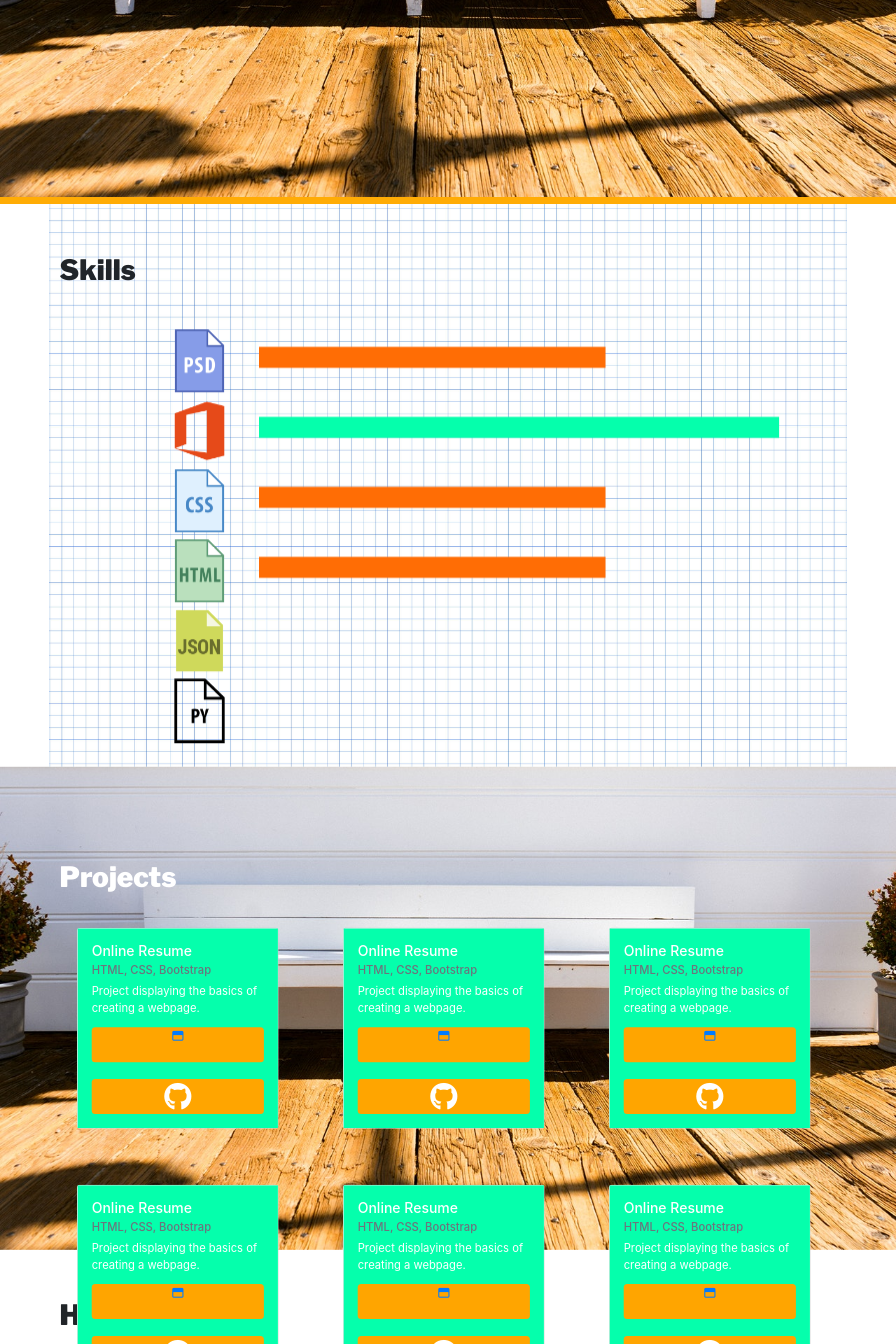
Repository: muhdarifrawi/resume-project
Page: index.html
The author's editor kept a record of every edit. The page is drawn from the files as they stood at one moment, then again after the next edit.
The browser window is 1280 px wide. The pictures show the part of the page from y = 438 to 2358 px (the page is 3769 px tall), at 70% of full size.
Some web libraries are served in a nearby version.

Above is the page before.

After the next edit:
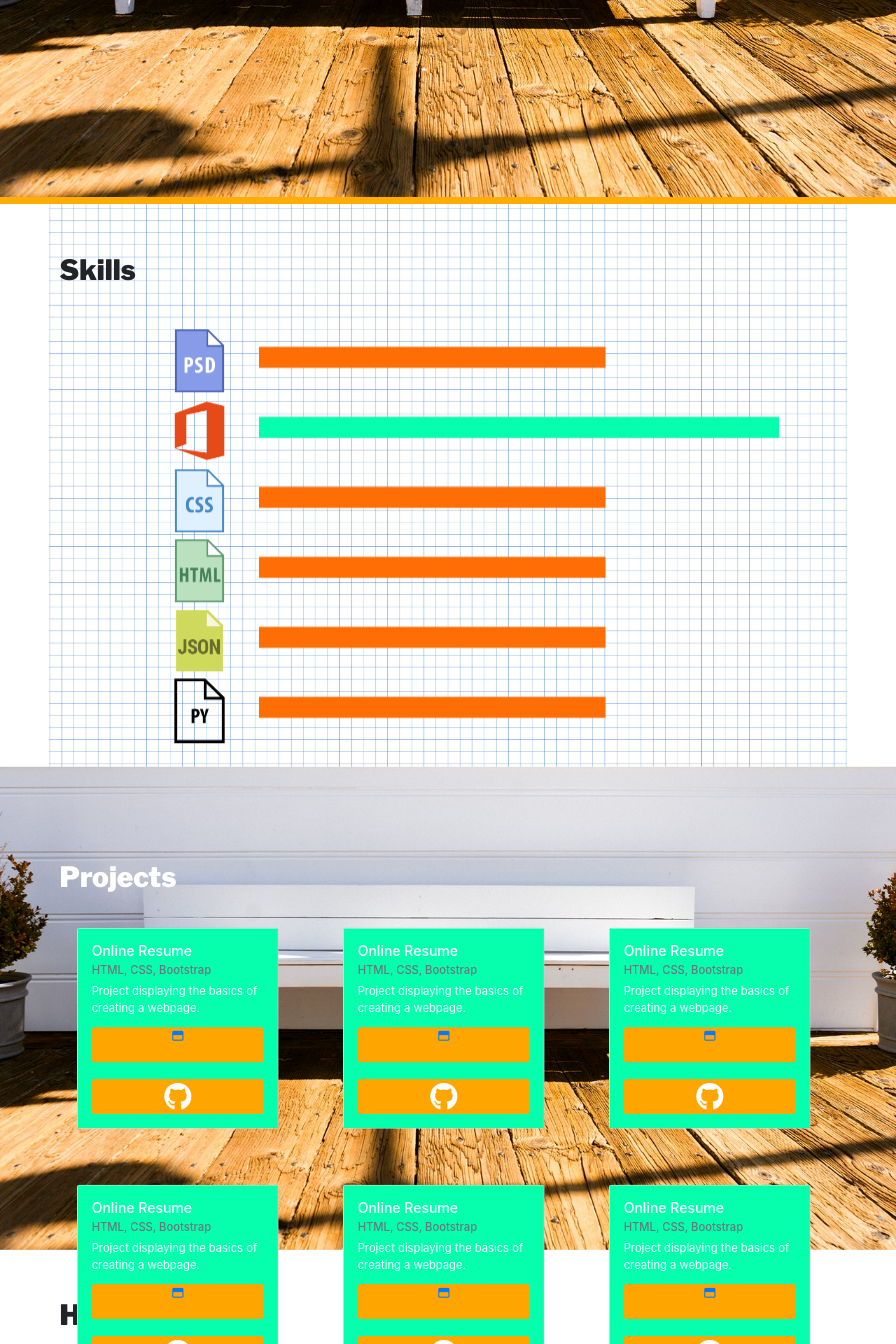
The edit:
--- a/style.css
+++ b/style.css
@@ -205,6 +205,31 @@
 
 }
 
+.bar-min {
+    width:0%;
+    height:30px;
+    background-color:blue;
+    animation-name: gd;
+    animation-duration: 4s;
+    animation-fill-mode:forwards;
+    transform:translate(0, 100%);
+}
+
+@keyframes gd{
+
+    from{
+        width:0%;
+        Background-color:rgb(255, 234, 5);
+    }
+
+    to{
+        width:60%;
+        background-color:rgb(255, 109, 5);
+
+    }
+
+}
+
 .ware{
     /*background-color:purple;*/
     width:100px;

After the edit that followed:
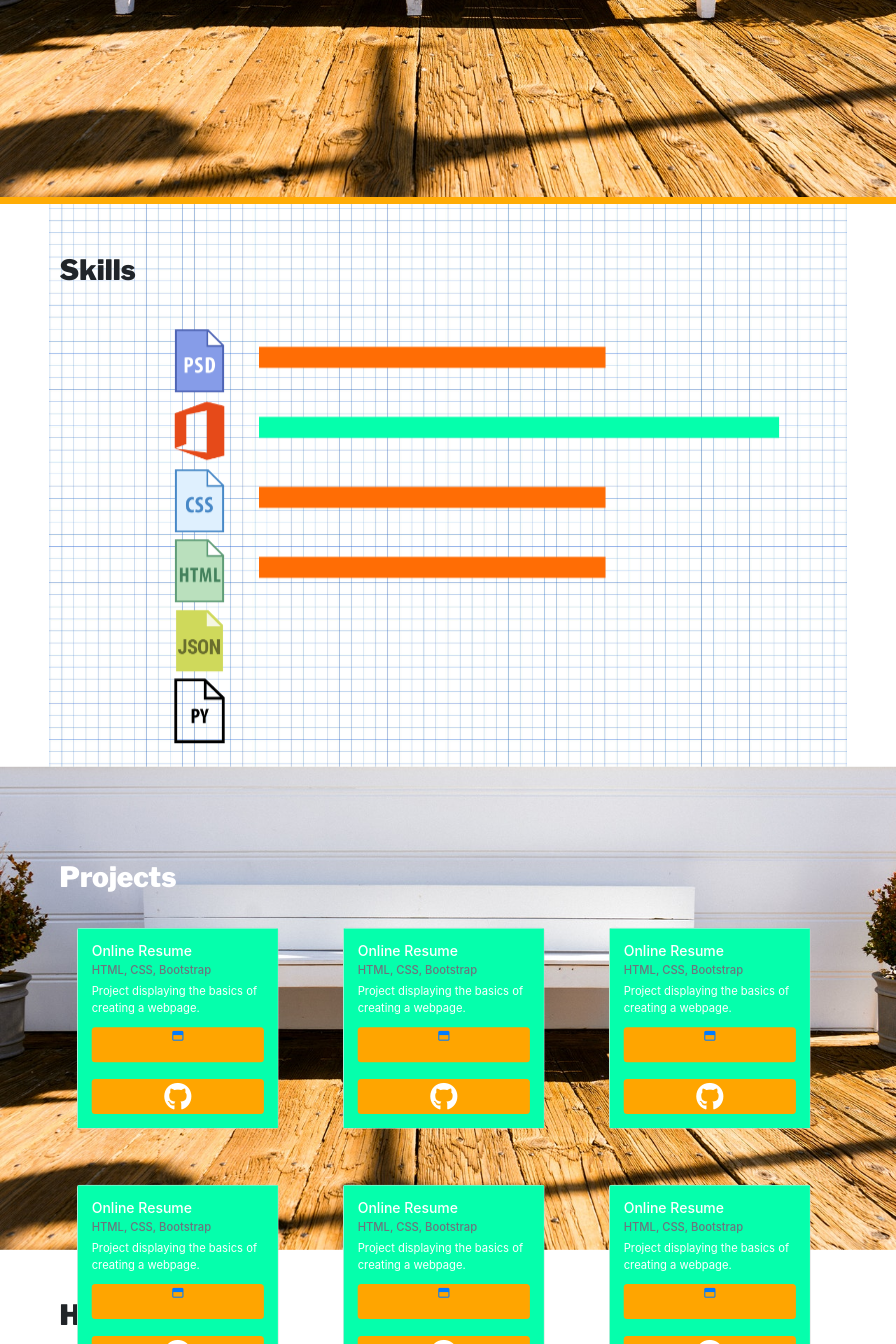
The edit:
--- a/style.css
+++ b/style.css
@@ -209,7 +209,7 @@
     width:0%;
     height:30px;
     background-color:blue;
-    animation-name: gd;
+    animation-name: basic;
     animation-duration: 4s;
     animation-fill-mode:forwards;
     transform:translate(0, 100%);
